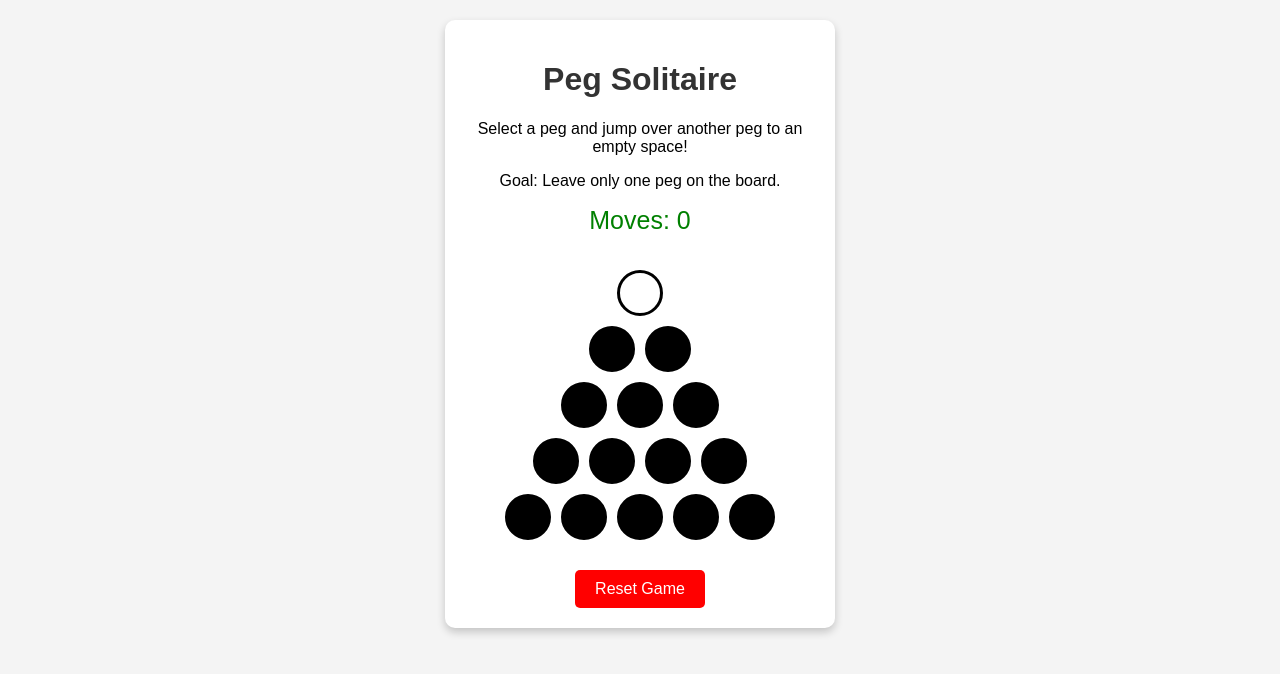
Repository: Yash19075/Mathematical-Peg-game
Page: Peg-game.html
The author's editor kept a copy of each file at every save. The page is drawn from the files as they stood at one save, then again after the next save.
The browser window is 1280 px wide. The pictures show the whole page.

Above is the page before, as saved 2025-03-19 10:31:02.

After the next save:
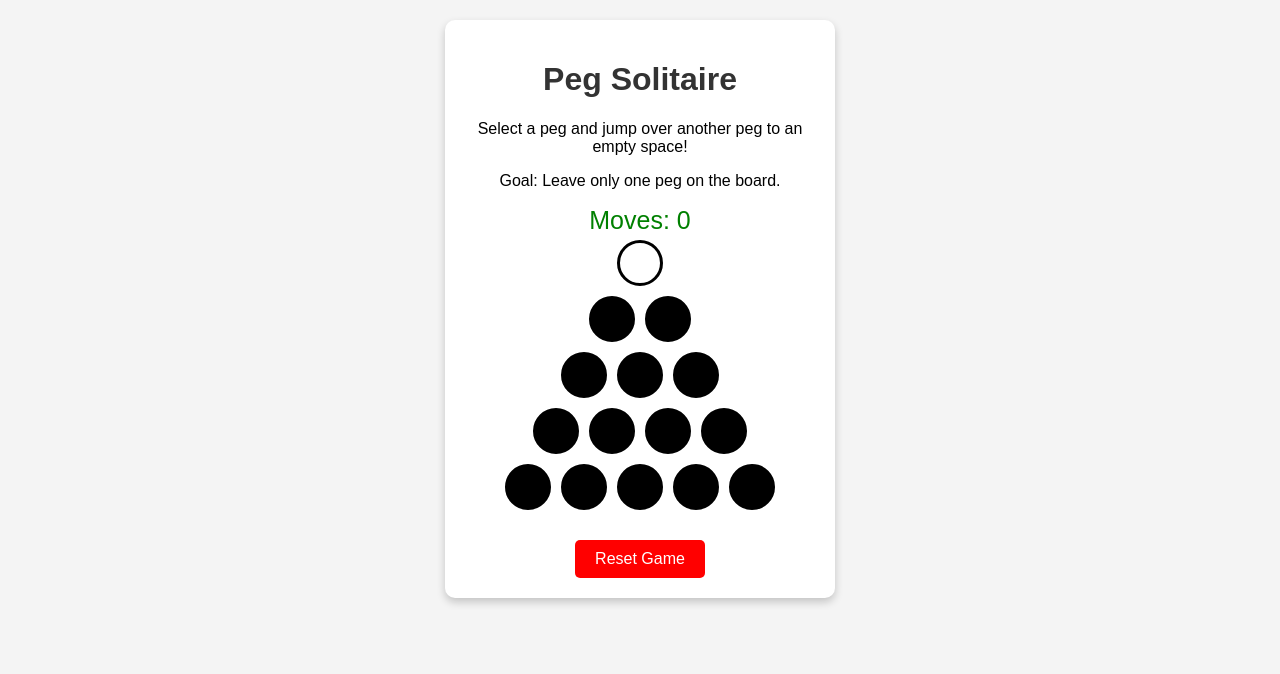
Saved 12 s later.
--- a/Peg-game.css
+++ b/Peg-game.css
@@ -21,7 +21,7 @@ h1 {
     display: flex;
     flex-direction: column;
     align-items: center;
-    margin-top: 30px;
+    /* margin-top: 30px; */
 }
 
 .row {
